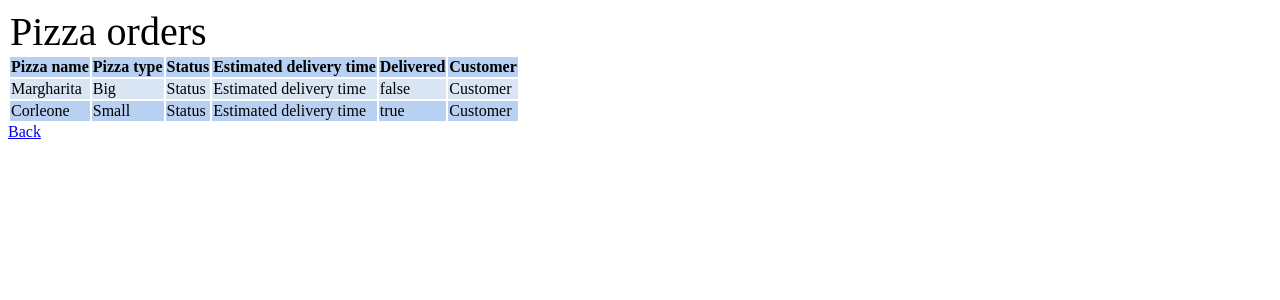
Repository: lukas77pro/html_css_js
Page: html/Test/WebContent/Tabela.html
These files come from the project's save history. The page is drawn as it stood at one moment and after the next save; the edit follows.
The browser window is 1280 px wide. The pictures show the whole page.

Above is the page before, as saved 2015-07-10 13:12:56.

### html/Test/WebContent/Tabela.html
<!DOCTYPE html>
<html>
<head>
<meta charset="UTF-8">
<title>Insert title here</title>
<link rel="stylesheet" type="text/css" href="Styl.css">
</head>
<body>
	<legend id="LegendMain">Pizza orders</legend>
	<table>
		<tr>
			<th>Pizza name</th>
			<th>Pizza type</th>
			<th>Status</th>
			<th>Estimated delivery time</th>
			<th>Delivered</th>
			<th>Customer</th>
		</tr>
		<tr>
			<td>Margharita</td>
			<td>Big</td>
			<td>Status</td>
			<td>Estimated delivery time</td>
			<td>false</td>
			<td>Customer</td>
		</tr>
		<tr>
			<td>Corleone</td>
			<td>Small</td>
			<td>Status</td>
			<td>Estimated delivery time</td>
			<td>true</td>
			<td>Customer</td>
		</tr>
	</table>

	<a href="Formularz.html">Back</a>

</body>
</html>

### html/Test/WebContent/Styl.css
@CHARSET "UTF-8";

#Customer {

}

#Legend1 {
	font-family: Arial, Helvetica Neue, Helvetica, sans-serif;
	font-size: 20px;
	font-style: normal;
	font-variant: normal;
	font-weight: 500;
	line-height: 22px;
}

#LegendMain {
	font-size: 40px;
}

/* table , th, td {
    border: 2px solid black;
    tr:nth-child(odd)		{ background-color:#eee; }
	tr:nth-child(even)		{ background-color:#fff; }
} */

table tr:nth-child(odd) {
	background: #b8d1f3;
}


table tr:nth-child(even) {
	background: #dae5f4;
}

table tr:nth-child(even): hover {
  background: pink;
}

After the next save:
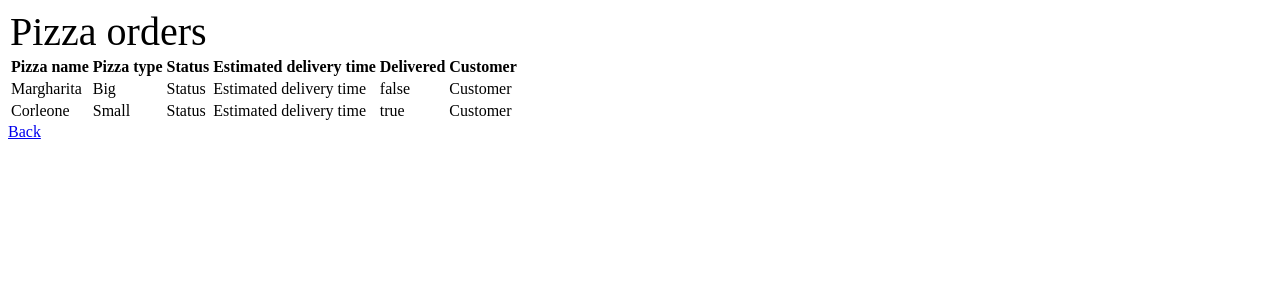
Saved 42 s later.
--- a/html/Test/WebContent/Styl.css
+++ b/html/Test/WebContent/Styl.css
@@ -23,14 +23,7 @@
 	tr:nth-child(even)		{ background-color:#fff; }
 } */
 
-table tr:nth-child(odd) {
-	background: #b8d1f3;
-}
 
-
-table tr:nth-child(even) {
-	background: #dae5f4;
-}
 
 table tr:nth-child(even): hover {
   background: pink;
